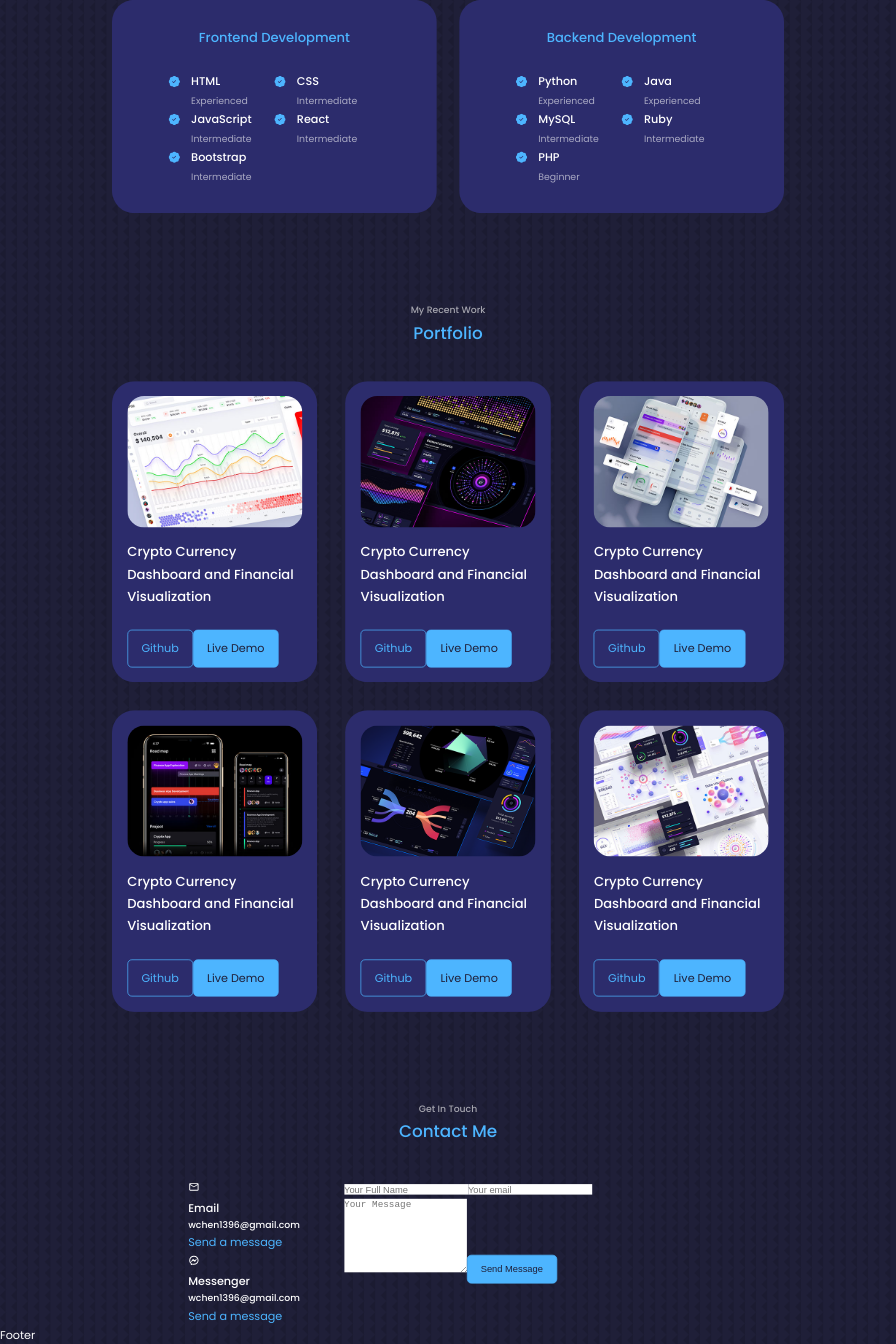
Repository: smallchungus/resumeWebsite
Page: / (app in hello/)
An editor plug-in stored every save of this project. The page is shown before and after a run of saves, followed by the edit.
The browser window is 1280 px wide. The pictures show the part of the page from y = 1902 to 3822 px (the page is 3822 px tall), at 70% of full size.
The project was rebuilt for these pictures with package versions that can differ from the ones it lists, and the page was loaded fresh each time. Also part of the build but not shown: hello/src/components/services/Services.jsx, hello/src/components/testimonial/Testimonial.jsx, hello/src/components/footer/footer.css. Imported but missing from the stored project, and not drawn on this page: hello/src/assets/cv.pdf.

Above is the page before, as saved 2023-03-24 13:21:31.

### hello/public/index.html
<!DOCTYPE html>
<html lang="en">

<head>
    <meta charset="UTF-8">
    <meta http-equiv="X-UA-Compatible" content="IE=edge">
    <meta name="viewport" content="width-device-width, initial-scale=1.0">
    <title>Resume Portfolio Website</title>
</head>
<body>
    <div id="root"></div>
</body>
</html>

### hello/src/App.jsx
import React from 'react'
import Header from './components/header/Header'
import Nav from './components/nav/Nav'
import About from './components/about/About'
import Experience from './components/experience/Experience'
import Services from './components/services/Services'
import Portfolio from './components/portfolio/Portfolio'
import Testimonial from './components/testimonial/Testimonial'
import Contact from './components/contact/Contact'
import Footer from './components/footer/Footer'

const App = () => {
  return (
    <>
    <Header />
    <Nav />
    <About />
    <Experience />
   {/* <Services /> */}
    <Portfolio />
  {/*<Testimonial/> */}
    <Contact />
    <Footer />
    </>
  )
}

export default App

### hello/src/index.css
@import url('https://fonts.googleapis.com/css2?family=Poppins:wght@300;400;500;600&display=swap');

*{
    margin: 0;
    padding: 0;
    border :0;
    outline: 0;
    box-sizing: border-box;
    list-style: none;
    text-decoration: none;

}

:root {
    --color-bg: #1f1f38;
    --color-bg-variant: #2c2c6c;
    --color-primary: #4db5ff;
    --color-primary-variant: rgba(77, 181, 255, 0.4);
    --color-white: #fff;
    --color-light: rgba(255,255,255,0.6);

    --transition: all 400ms ease;

    --container-width-lg: 75%;
    --container-width-md: 86%;
    --container-width-sm: 90%;

}

html{
    scroll-behavior: smooth;
}

body{
    font-family: 'Poppins', sans-serif;
    background: var(--color-bg);
    color: var(--color-white);
    line-height: 1.7;
    background-image: url(../src/assets/bg-texture.png)
}

/* ======================= General Styles =================*/

.container{
    width: var(--container-width-lg);
    margin: 0 auto;
}

h1,h2,h3,h4,h5{
    font-weight: 500;
}

h1{
    font-size:2.5rem;

}

section {
    margin-top: 8rem;

}

section > h2, section > h5 {
    text-align: center;
    color: var(--color-light);
}

section > h2 {
    color: var(--color-primary);
    margin-bottom: 3rem;
}

.text-light{
    color:var(--color-light);
}

a{
    color: var(--color-primary);
    transition: var(--transition);
}

a:hover{
    color: var(--color-white);
}

.btn{
    width: max-content;
    display: inline-block;
    color: var(--color-primary);
    padding: 0.75rem 1.2rem;
    border-radius: 0.4rem;
    cursor: pointer;
    border: 1px solid var(--color-primary);
    transition: var( --transition );
}

.btn:hover{
    background: var(--color-white);
    color: var(--color-bg);
    border-color: transparent;
}

.btn-primary{
    background: var(--color-primary);
    color: var(--color-bg);
}

img{
    display: block;
    width: 100%;
    object-fit: cover;
}


/*==================Media Queries (Medium Devices ) ============= */
@media screen and (max-width: 1024px) {
    .container{
        width: var(--container-width-md);
    }

    section{
        margin-top: 6rem;
    }
}

/*==================Media Queries (Small Devices ) ============= */
@media screen and (max-width: 600px) {
    .container{
        width: var(--container-width-sm);
    }

    section > h2{
        margin-top: 2rem;
    }
}

### hello/src/components/header/Header.jsx
import React from 'react'
import './header.css'
import CTA from './CTA'
import ME from '../../assets/me.png'
import HeaderSocials from './HeaderSocials'
const Header = () => {
  return (
    <header>
      <div className="container header_container">
        <h5>Hello I'm</h5>
        <h1>William Chen</h1>
        <h5 className='text-light'>Fullstack Developer</h5>
        <CTA />
        <HeaderSocials/>

        <div className="me">
          <img src={ME} alt="me" />
        </div>

        <a href='#contact' className='scroll_down'>Scroll down</a>
      </div>
    </header>
  )
}

export default Header

### hello/src/components/nav/Nav.jsx
import React from 'react'
import './nav.css'
import {AiOutlineHome} from 'react-icons/ai'
import {AiOutlineUser}  from 'react-icons/ai'
import {BiBook} from 'react-icons/bi'
import {RiServiceLine} from 'react-icons/ri'
import {BiMessageSquareDetail} from 'react-icons/bi'
import {useState} from 'react'

const Nav = () => {
  const[activeNav, setActiveNav] = useState('#');
  return (
    <nav>
      <a href="#" onClick={() => setActiveNav('#')} className={activeNav === '#' ? 'active' : ''}><AiOutlineHome/></a>
      <a href="#about" onClick={() => setActiveNav('#about')} className={activeNav === '#about' ? 'active' : ''}><AiOutlineUser/></a>
      <a href="#experience" onClick={() => setActiveNav('#experience')} className={activeNav === '#experience' ? 'active' : ''}><BiBook/></a>
      <a href="#services" onClick={() => setActiveNav('#services')} className={activeNav === '#services' ? 'active' : ''}><RiServiceLine/></a>
      <a href="#contact" onClick={() => setActiveNav('#contact')} className={activeNav === '#contact' ? 'active' : ''}><BiMessageSquareDetail/></a>
    </nav>
  )
}

export default Nav

### hello/src/components/about/About.jsx
import React from 'react'
import './about.css'
import ME from '../../assets/me-about.jpg'
import {FiAward} from 'react-icons/fi'
import {FiUsers} from 'react-icons/fi'
import {VscFolderLibrary} from 'react-icons/vsc'

const About = () => {
  return (
    <section id='about'>
      <h5>Get To Know </h5>
      <h2>About Me</h2>

      <div className="container about_container">
        <div className="about_me" >
          <div className="about_me-image">
          <img src={ME} alt="About Image" />
          </div>
        </div>

        <div className="about_content">
          <div className="about_cards">
            <article className="about_card">
              <FiAward className='about_icon'/>
              <h5>Experience</h5>
              <small>1 Year Working</small>
            </article>
            <article className="about_card">
              <FiUsers className='about_icon'/>
              <h5>Clients</h5>
              <small>200+ clients worldwide</small>
            </article>
            <article className="about_card">
              <VscFolderLibrary className='about_icon'/>
              <h5>Projects</h5>
              <small>80+ completed</small>
            </article>
          </div>
          <p>
          Lorem ipsum dolor sit amet, consectetur adipiscing elit. Etiam lacinia nisl sit amet placerat gravida. Phasellus nibh neque, placerat in faucibus
          id, eleifend id dui. Nunc ultrices condimentum elit eu faucibus. Curabitur sed libero magna. Pellentesque magna dui, egestas sed turpis
          sit amet, pretium dictum orci. Suspendisse vestibulum lacinia elit quis tempus. Integer at enim velit. Aenean scelerisque mollis nulla eu finibus. Aenean eu purus lacinia, ultricies dolor ac, finibus elit.
          Cras quis molestie ante. In tristique arcu libero, et egestas lorem eleifend ut. Maecenas eget sem scelerisque, aliquam nisl quis, consectetur urna. Sed at eros ac arcu iaculis blandit eget nec dui. Nullam porta,
          ipsum vitae pharetra vestibulum, nunc mi lacinia eros, pellentesque varius tortor nulla ut dui. Sed blandit leo pretium egestas vulputate. Pellentesque porta bibendum ante et consectetur.
          </p>
          <a href="#contact" className='btn btn-primary'>Let's Talk</a>

        </div>
      </div>
    </section>
  )
}

export default About

### hello/src/components/experience/Experience.jsx
import React from 'react'
import './experience.css'
import {BsPatchCheck, BsPatchCheckFill} from 'react-icons/bs'

const Experience = () => {
  return (
    <section id='experience'>
      <h5>What Skills I have</h5>
      <h2>What Experience</h2>

      <div className="container experience_container">
        <div className="experience_frontend">
          <h3>Frontend Development</h3>
          <div className="experience_content">
            <article className='experience_details'>
              <BsPatchCheckFill className='experience_details_icon'/>
              <div>
                <h4>HTML</h4>
                <small className='text-light'> Experienced </small>
              </div>
            </article>
            <article className='experience_details'>
              <BsPatchCheckFill className='experience_details_icon'/>
              <div>
                <h4>CSS</h4>
                <small className='text-light'> Intermediate </small>
              </div>
            </article>
            <article className='experience_details'>
              <BsPatchCheckFill className='experience_details_icon'/>
              <div>
                <h4>JavaScript</h4>
                <small className='text-light'> Intermediate </small>
              </div>
            </article>
            <article className='experience_details'>
              <BsPatchCheckFill className='experience_details_icon'/>
              <div>
                <h4>React</h4>
                <small className='text-light'> Intermediate </small>
              </div>
            </article>
            <article className='experience_details'>
              <BsPatchCheckFill className='experience_details_icon'/>
              <div>
                <h4>Bootstrap</h4>
                <small className='text-light'> Intermediate </small>
              </div>
            </article>
          </div>
          </div>


          <div className="experience_backend">
          <h3>Backend Development</h3>
          <div className="experience_content">
            <article className='experience_details'>
              <BsPatchCheckFill className='experience_details_icon'/>
              <div>
                <h4>Python</h4>
                <small className='text-light'> Experienced </small>
              </div>
            </article>
            <article className='experience_details'>
              <BsPatchCheckFill className='experience_details_icon'/>
              <div>
                <h4>Java</h4>
                <small className='text-light'> Experienced </small>
              </div>
            </article>
            <article className='experience_details'>
              <BsPatchCheckFill className='experience_details_icon'/>
              <div>
                <h4>MySQL</h4>
                <small className='text-light'> Intermediate </small>
              </div>
            </article>
            <article className='experience_details'>
              <BsPatchCheckFill className='experience_details_icon'/>
              <div>
                <h4>Ruby</h4>
                <small className='text-light'> Intermediate </small>
              </div>
            </article>
            <article className='experience_details'>
              <BsPatchCheckFill className='experience_details_icon'/>
              <div>
                <h4>PHP</h4>
                <small className='text-light'> Beginner </small>
              </div>
            </article>
            </div>
          </div>
      </div>
    </section>
  )
}

export default Experience

### hello/src/components/portfolio/Portfolio.jsx
import React from 'react'
import './portfolio.css'
import IMG1 from '../../assets/portfolio1.jpg'
import IMG2 from '../../assets/portfolio2.jpg'
import IMG3 from '../../assets/portfolio3.jpg'
import IMG4 from '../../assets/portfolio4.jpg'
import IMG5 from '../../assets/portfolio5.png'
import IMG6 from '../../assets/portfolio6.jpg'

const data =[
  {
    id: 1,
    image: IMG1,
    title: 'Crypto Currency Dashboard and Financial Visualization',
    github: 'https://github.com',
    demo: 'https://dribble.com/shots/16673715-Crypto-currency-dashboards-and-financial-data-visualization'
  },
  {
    id: 2,
    image: IMG2,
    title: 'Crypto Currency Dashboard and Financial Visualization',
    github: 'https://github.com',
    demo: 'https://dribble.com/shots/16673715-Crypto-currency-dashboards-and-financial-data-visualization'
  },
  {
    id: 3,
    image: IMG3,
    title: 'Crypto Currency Dashboard and Financial Visualization',
    github: 'https://github.com',
    demo: 'https://dribble.com/shots/16673715-Crypto-currency-dashboards-and-financial-data-visualization'
  },
  {
    id: 4,
    image: IMG4,
    title: 'Crypto Currency Dashboard and Financial Visualization',
    github: 'https://github.com',
    demo: 'https://dribble.com/shots/16673715-Crypto-currency-dashboards-and-financial-data-visualization'
  },
  {
    id: 5,
    image: IMG5,
    title: 'Crypto Currency Dashboard and Financial Visualization',
    github: 'https://github.com',
    demo: 'https://dribble.com/shots/16673715-Crypto-currency-dashboards-and-financial-data-visualization'
  },
  {
    id: 6,
    image: IMG6,
    title: 'Crypto Currency Dashboard and Financial Visualization',
    github: 'https://github.com',
    demo: 'https://dribble.com/shots/16673715-Crypto-currency-dashboards-and-financial-data-visualization'
  },
]
const Portfolio = () => {
  return (
    < section id='portfolio'>
    <h5>My Recent Work</h5>
    <h2>Portfolio</h2>

    <div className="container portfolio_container">
    {
      data.map(({id, image, title, github, demo}) => {
        return(
      <article key={id} className='portfolio_item'>
        <div className='portfolio_item-image'>
          <img src={image} alt={title}/>
        </div>
        <h3>{title}</h3>
        <div className="portoflio_item-cta">
          <a href={github} className='btn' target='blank'>Github</a>
          <a href={demo} className='btn btn-primary' target='_blank'>Live Demo</a>
        </div>
      </article>
        )
      })
    }
    </div>
  </section>
  )
}

export default Portfolio

### hello/src/components/contact/Contact.jsx
import React from 'react'
import './contact.css'
import {MdOutlineEmail} from 'react-icons/md'
import {RiMessengerLine} from 'react-icons/ri'


const Contact = () => {
  return (
    <section id='contact'>
      <h5>Get In Touch</h5>
      <h2>Contact Me</h2>

      <div className="container contact_container">
        <div className="contact_options">
          <article className="contact_option">
            <MdOutlineEmail/>
            <h4>Email</h4>
            <h5>wchen1396@gmail.com</h5>
            <a href="mailto:wchen1396@gmail.com">Send a message</a>
          </article>
          <article className="contact_option">
            <RiMessengerLine/>
            <h4>Messenger</h4>
            <h5>wchen1396@gmail.com</h5>
            <a href="https://www.facebook.com/smalltaiwaneseboyo/">Send a message</a>
          </article>
        </div>
        {/*END OF CONTACT OPTIONS */}
        <form action="">
          <input type="text" name='name' placeholder='Your Full Name' required/>
          <input type='email' name='email' placeholder='Your email' required/>
          <textarea name="message" rows="7" placeholder='Your Message' required></textarea>
          <button type='submit' className='btn btn-primary'>Send Message</button>
        </form>
      </div>
    </section>
  )
}

export default Contact

### hello/src/components/header/header.css
header {
    height: 100vh;
    padding-top: 7rem;
    overflow: hidden;
}

.header_container{
    text-align: center;
    height: 100%;
    position: relative;
}

/*========================= CTA ======================= */
.cta {
    margin-top: 2.5rem;
    display: flex;
    gap: 1.2rem;
    justify-content: center;

}

/* ======================= Header Socials ==================== */
.header_socials {
    display: flex;
    flex-direction: column;
    align-items: center;
    gap: 0.8rem;
    position: absolute;
    left: 0;
    bottom: 3rem;

}

.header_socials::after{
    content: '';
    width: 1px;
    height: 2rem;
    background: var(--color-primary);
}

/* ===================== ME ==================*/

.me{
    background: linear-gradient(var(--color-primary), transparent);
    width: 22rem;
    height: 30rem;
    position: absolute;
    left: calc(50% - 11rem);
    margin-top: 4rem;
    border-radius: 12rem 12rem 0 0;
    overflow: hidden;
    padding: 5rem 1.5rem 1.5rem 1.5rem;

}

.scroll_down {
    position: absolute;
    right: -2.3rem;
    bottom: 5rem;
    transform: rotate(90deg);
    font-weight: 300;
    font-size: 0.9rem;
}

@media screen and (max-width: 600px) {
    header {
        height: 100vh;
    }
}

@media screen and (max-width: 600px)
{
    header {
        height: 100vh;
    }

    .header_socials, .scroll_down{
        display: none;
    }
}

### hello/src/components/header/CTA.jsx
import React from 'react'
import CV from '../../assets/cv.pdf'
const CTA = () => {
  return (
    <div className ='cta'>
        <a href={CV} download className='btn'>Download CV</a>
        <a href="#contact" className='btn btn-primary'>Let's Talk</a>
    </div>
  )
}

export default CTA

### hello/src/components/header/HeaderSocials.jsx
import React from 'react'
import {BsLinkedin} from 'react-icons/bs'
import {BsGithub} from 'react-icons/bs'
import {AiFillDribbbleSquare} from 'react-icons/ai'
const HeaderSocials = () => {
  return (
    <div className='header_socials'>
        <a href="https://linkedin.com/willchenn" target="_blank"><BsLinkedin></BsLinkedin></a>
        <a href="https://github.com/smallchungus" target="_blank"><BsGithub></BsGithub></a>
        <a href="https://dribble.com/" target="_blank"><AiFillDribbbleSquare></AiFillDribbbleSquare></a>
        </div>
  )
}

export default HeaderSocials

### hello/src/components/nav/nav.css
nav {
    background: rgba(0, 0, 0, 0.3);
    width: max-content;
    display: block;
    padding: 0.7rem 1.7rem;
    z-index: 2;
    position: fixed;
    left: 50%;
    transform: translateX(-50%);
    bottom: 2rem;
    display: flex;
    gap: 0.8rem;
    border-radius: 3rem;
    backdrop-filter: blur(15px);
}

nav a{
    background: transparent;
    padding: 0.9rem;
    border-radius: 50%;
    display: flex;
    color: var(--color-light);
    font-size: 1.1rem;
}

nav a:hover{
    background: rgba(0,0,0,0.3);
}

nav a.active {
    background: var(--color-bg);
    color: var(--color-white);
}

### hello/src/components/about/about.css
.about_container {
    display: grid;
    grid-template-columns: 35% 50%;
    gap: 15%;
}

.about_me {
    width: 100%;
    aspect-ratio: 1/1;
    border-radius: 2rem;
    background: linear-gradient(
        45deg,
        transparent,
        var(--color-primary),
        transparent
    );
    display: grid;
    place-items: center;
}

.about_me-image{
    border-radius: 2rem;
    overflow: hidden;
    transform: rotate(10deg);
    transition: var(--transition);

}

.about_me-image:hover{
    transform: rotate(0);
}

.about_cards{
    display: grid;
    grid-template-columns: repeat(3, 1fr);
    gap: 1.5rem;
}

.about_card {
    background: var(--color-bg-variant);
    border: 1px solid transparent;
    border-radius: 1rem;
    padding: 2rem;
    text-align: center;
    transition: var(--transition);
}

.about_card:hover {
    background: transparent;
    border-color: var(--color-primary-variant);
    cursor: default;
}

.about_icon {
    color: var(--color-primary);
    font-size: 1.4 rem;
    margin-bottom: 1rem;
}

.about_card h5 {
    font-size: 0.95rem;
}

.about_card small {
    font-size: 0.7 rem;
    color: var(--color-light);
}

.about_content p {
    margin: 2rem 0 2.6 rem;
    color: var(--color-light);
}

@media screen and (max-width: 1024px) {
    .about_container {
        grid-template-columns: 1fr;
        gap: 0;
    }

    .about_me {
        width: 50%;
        margin: 2rem auto 4rem;
    }

    .about_content p{
        margin: 1rem 0 1.5rem;
    }
}

@media screen and (max-width: 600px )
{
    .about_me{
        width: 65%;
        margin: 0 auto 3rem;
    }
    .about_cards {
        grid-template-columns: 1fr 1fr;
        gap: 1rem;
    }
    .about_content {
        text-align: center;
    }
    .about_content p {
        margin: 1.5rem 0;
    }
}

### hello/src/components/experience/experience.css
.experience_container{
    display: grid;
    grid-template-columns: 1fr 1fr;
    gap: 2rem;
}

.experience_container > div {
    background: var(--color-bg-variant);
    padding: 2.4rem 5rem;
    border-radius: 2rem;
    border: 1px solid transparent;
    transition: var(--transition);
}

.experience_container > div:hover {
    background: transparent;
    border-color: var(--color-primary-variant);
    cursor: default;
}

.experience_container > div h3 {
    text-align: center;
    margin-bottom: 2rem;
    color: var(--color-primary);
}

.experience_content {
    display: grid;
    grid-template-columns: 1fr 1fr;
}

.experience_details {
    display: flex;
    gap: 1rem;
}

.experience_details_icon {
     margin-top: 6px;
     color: var(--color-primary);
}


@media screen and (max-width:1024px) {
    .experience_container {
        grid-template-columns: 1fr;
    }

    .experience_container > div{
        width: 80%;
        padding: 2rem;
        margin: 0 auto;
    }
    .experience_content{
        padding: 1rem;
    }
}

@media screen and (max-width:600px) {
    .experience_container {
        gap: 1rem;
    }

    .experience_container > div {
        width: 100%;
        padding: 2rem 1rem;
    }
}

### hello/src/components/portfolio/portfolio.css
.portfolio_container{
    display:grid;
    grid-template-columns: repeat(3, 1fr);
    gap: 2.5rem;
}

.portfolio_item{
    background: var(--color-bg-variant);
    padding: 1.3rem;
    border-radius: 2rem;
    border: 1px solid transparent;
    transition: var(--transition);
}

.portfolio_item:hover {
    border-color: var(--color-primary-variant);
    background:transparent;
}

.portfolio_item-image{
    border-radius: 1.5rem;
    overflow: hidden;
}

.portfolio_item h3{
    margin: 1.2rem 0 2rem;
}

.portolio_item-cta{
    display: flex;
    gap: 1rem;
    margin-bottom: 1rem;
}

@media screen and (max-width: 1024px) {
    .portfolio_container{
        grid-template-columns: 1fr 1fr;
        gap: 1.2rem;
    }

}
@media screen and (max-width: 600px) {
    .portfolio_container{
        grid-template-columns: 1fr;
        gap: 1rem;
    }

}

### hello/src/components/contact/contact.css
.container.contact_container{
    width: 58%;
    display: grid;
    grid-template-columns: 30% 58%;
}

Loaded but not shown: hello/src/index.js (common file); hello/src/components/footer/Footer.jsx (common file); hello/src/components/services/services.css (no stored copy; drawn as an empty file); hello/src/components/testimonial/testimonial.css (no stored copy; drawn as an empty file)

After the next 2 saves:
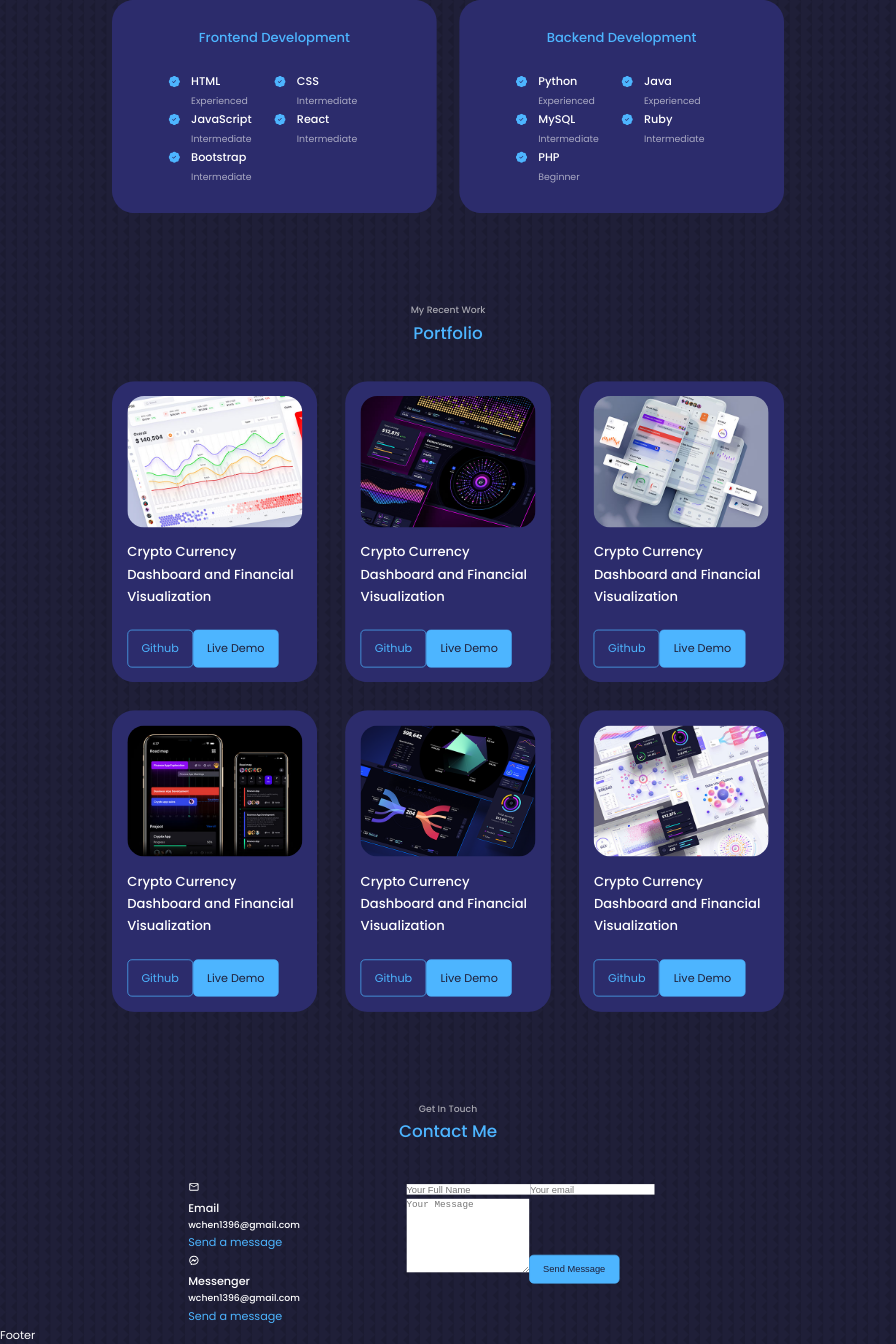
The 2 saves are shown as one change because they came seconds apart.
The last was saved 5 s later.
--- a/hello/src/components/contact/contact.css
+++ b/hello/src/components/contact/contact.css
@@ -2,4 +2,5 @@
     width: 58%;
     display: grid;
     grid-template-columns: 30% 58%;
+    gap: 12%;
 }
